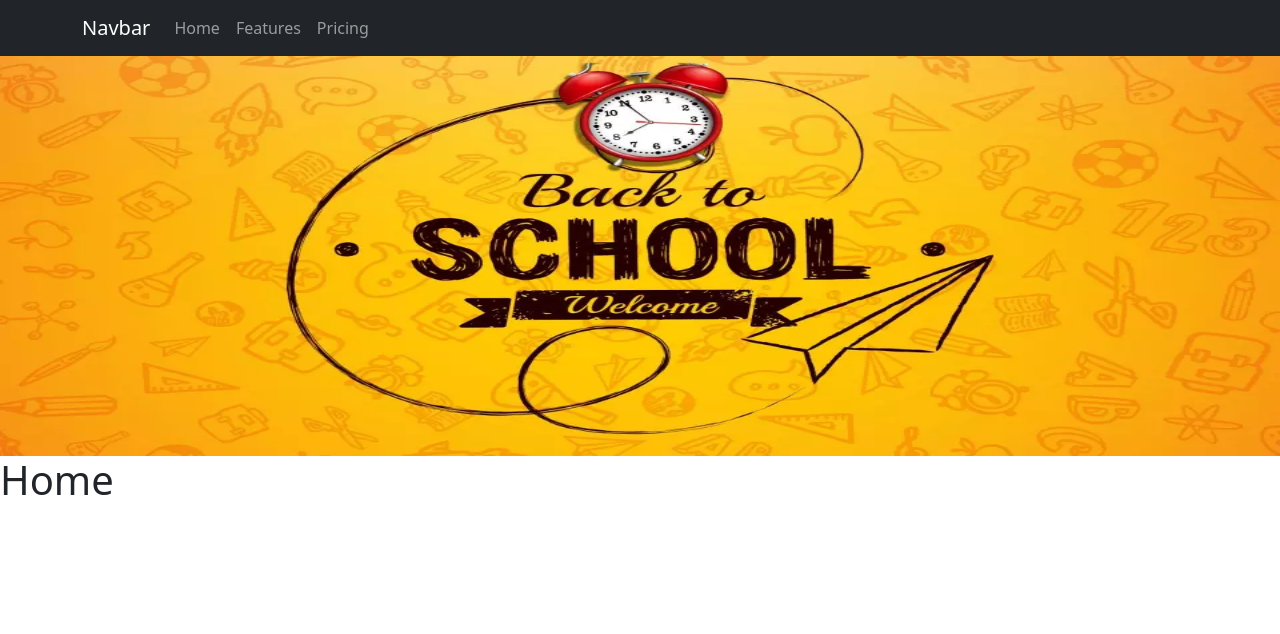
Repository: ankitgujre01/React-day-12
Page: / (app in crud/)
The author's editor kept a copy of each file at every save. The page is drawn from the files as they stood at one save, then again after the next save.
The browser window is 1280 px wide. The pictures show the whole page.
The project was rebuilt for these pictures with package versions that can differ from the ones it lists, and the page was loaded fresh each time. Also part of the build but not shown: crud/vite.config.js, crud/src/css/style.css.

Above is the page before, as saved 2025-04-11 23:08:38.

After the next save:
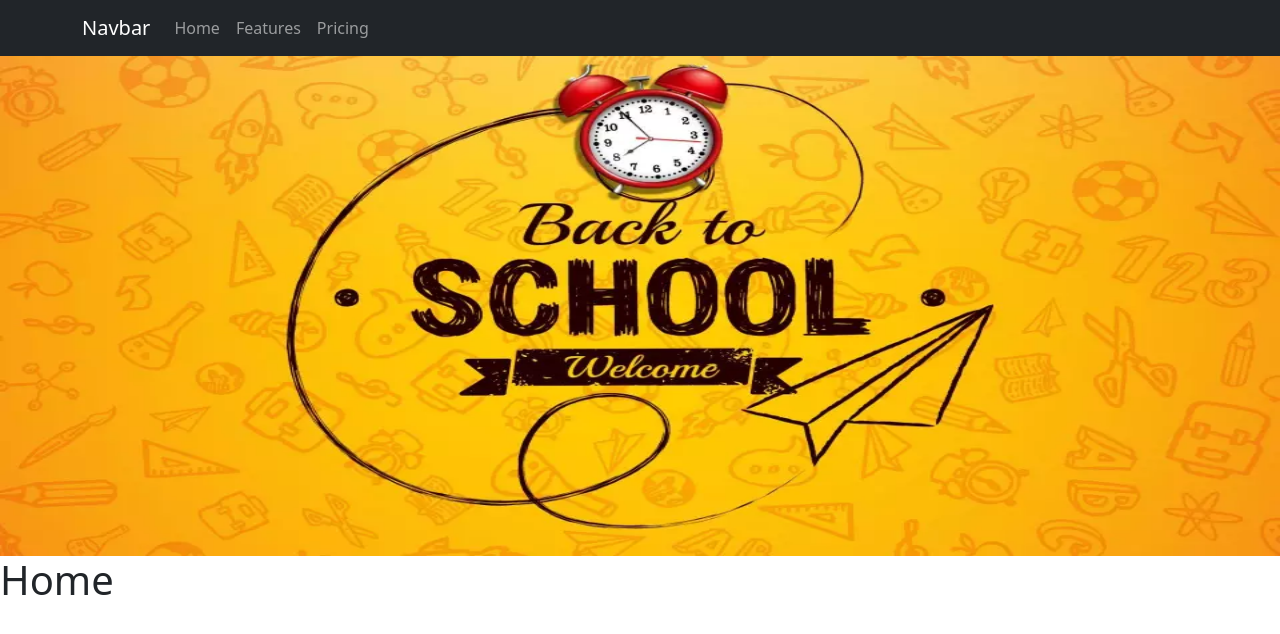
Saved 8 s later.
--- a/crud/src/components/TopBanner.jsx
+++ b/crud/src/components/TopBanner.jsx
@@ -4,7 +4,7 @@ const TopBanner = () => {
   return (
       <>
           <div>
-              <img src={myimg} alt="Banner" width='100%' height="400px"/>
+              <img src={myimg} alt="Banner" width='100%' height="500px"/>
               </div>
       </>
   )
